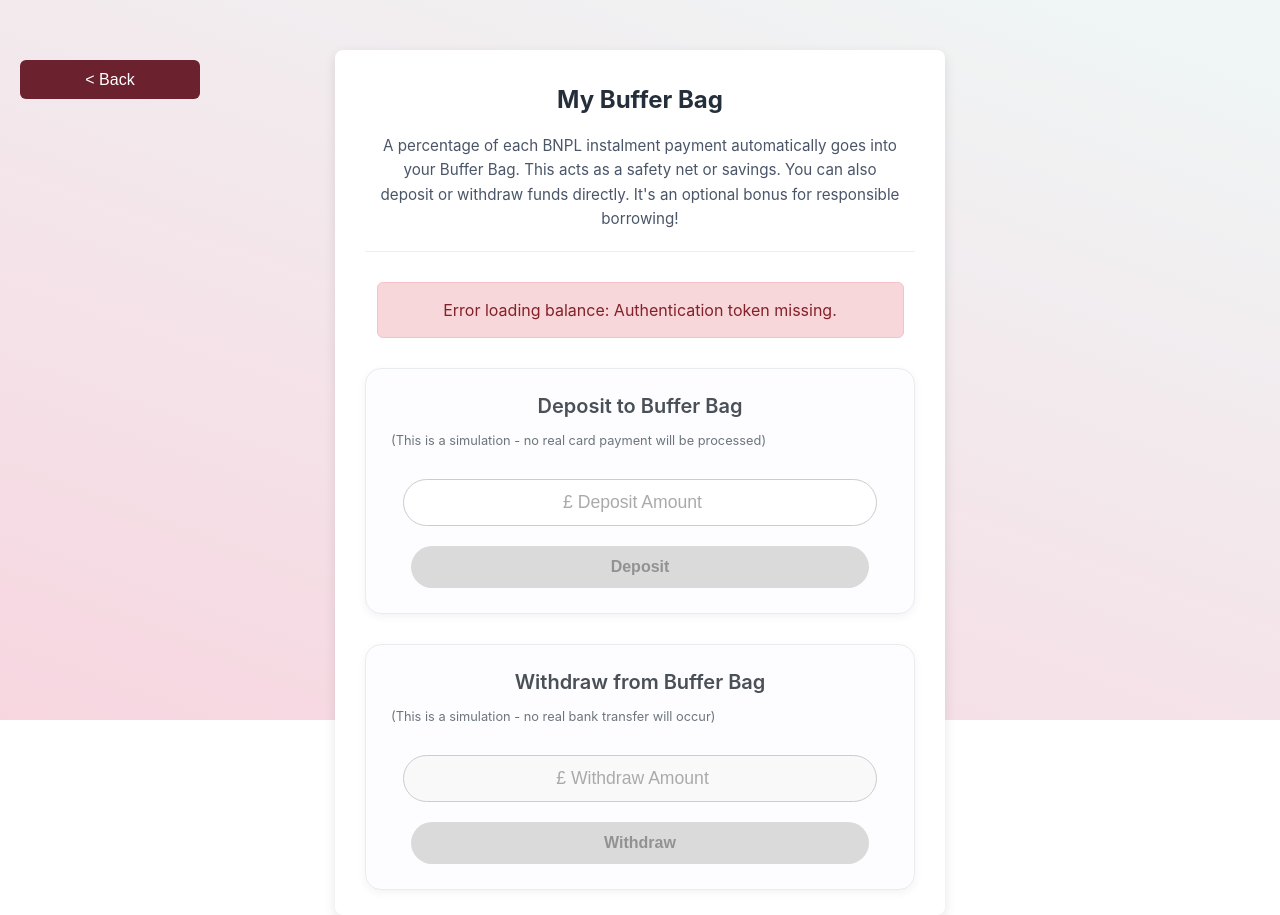
Repository: aab232/https---github.com-aab232-Deferred-Payment-Platform
Page: /buffer-bag (app in frontend/)
The author's editor kept a copy of each file at every save. The page is drawn from the files as they stood at one save, then again after the next save.
The browser window is 1280 px wide. The pictures show the whole page.
The project was rebuilt for these pictures with package versions that can differ from the ones it lists, and the page was loaded fresh each time. Also part of the build but not shown: frontend/src/components/Home.js, frontend/src/components/Register.js, frontend/src/components/Login.js, frontend/src/components/Main.css, frontend/src/components/Main.js, frontend/src/components/Settings.js, frontend/src/components/Privacy.js, frontend/src/components/ContactUs.js and 9 more.

Above is the page before, as saved 2025-05-09 12:25:41.

### frontend/src/components/BufferBag.js
import React, { useState, useEffect, useCallback } from 'react';
import { useNavigate } from 'react-router-dom';
import BackButton from './BackButton';
import './BufferBag.css';

// --- Authenticated Fetch Helper ---
async function authenticatedFetch(url, options = {}) {
    const token = localStorage.getItem('authToken');
    const headers = { 'Content-Type': 'application/json', ...options.headers };
    if (token) {
        headers['Authorization'] = `Bearer ${token}`;
    } else {
        console.warn("Auth token missing for API call to", url);
        return { ok: false, status: 401, json: async () => ({ success: false, message: "Authentication token missing." }) };
    }
    try {
        const apiUrl = process.env.REACT_APP_API_BASE_URL || 'http://localhost:5000';
        const response = await fetch(`${apiUrl}${url}`, { ...options, headers });
        return response;
    } catch (error) {
        console.error(`API Fetch Error for ${url}:`, error);
        // Ensure a fetch-like response for consistent error handling downstream
        return {
            ok: false,
            status: 503, // Service Unavailable or network error
            json: async () => ({ success: false, message: "Network error or server unavailable." }),
            text: async () => ("Network error or server unavailable.") // Add text() for robustness
        };
    }
}
// --- ---------------------------- ---

const BufferBag = () => {
    const [balance, setBalance] = useState(null);
    const [loadingBalance, setLoadingBalance] = useState(true);
    const [fetchError, setFetchError] = useState(null);

    const [depositAmountInput, setDepositAmountInput] = useState('');
    const [withdrawAmountInput, setWithdrawAmountInput] = useState('');
    const [isActionLoading, setIsActionLoading] = useState(false);
    const [actionMessage, setActionMessage] = useState({ type: '', text: '' });

    const navigate = useNavigate();

    const fetchBufferBalance = useCallback(async () => {
        setLoadingBalance(true);
        setFetchError(null);
        console.log("BufferBag.js: fetchBufferBalance START.");
        try {
            console.log("BufferBag.js: Attempting authenticatedFetch for /api/buffer/balance");
            const response = await authenticatedFetch('/api/buffer/balance');
            console.log("BufferBag.js: authenticatedFetch for balance RESPONSE RECEIVED. Status:", response.status, "Ok:", response.ok, "Object:", response);

            if (!response) {
                console.error("BufferBag.js: authenticatedFetch returned undefined or null.");
                throw new Error('Failed to fetch: No response from server.');
            }
            if (typeof response.json !== 'function') {
                 console.error("BufferBag.js: Response object does not have a .json method.", response);
                 const textResponse = await response.text().catch(() => "Could not read response text.");
                 throw new Error(`Invalid response format from server (not JSON). Content: ${textResponse}`);
            }

            console.log("BufferBag.js: Attempting response.json() for balance");
            const data = await response.json();
            console.log("BufferBag.js: Parsed data from balance response:", data);

            if (response.ok && data && data.success && typeof data.balance !== 'undefined') {
                console.log(`BufferBag.js: SUCCESS from API. Setting balance to: '${data.balance}' (type: ${typeof data.balance})`);
                setBalance(data.balance);
            } else {
                const errorMessage = data?.message || `API error: Failed to load buffer balance (Status: ${response.status}, Ok: ${response.ok}, Success: ${data?.success}, Balance defined: ${typeof data?.balance !== 'undefined'})`;
                console.error("BufferBag.js: API error or !response.ok for balance:", errorMessage, "Full data:", data, "Full response:", response);
                throw new Error(errorMessage);
            }
        } catch (err) {
            console.error("BufferBag.js: CATCH block in fetchBufferBalance. Error message:", err.message, "Full error object:", err, "Stack:", err.stack);
            setFetchError(err.message || "An error occurred while fetching balance.");
             if (err.message?.includes("401") || (err.response && err.response.status === 401) || err.status === 401 ) {
                console.log("BufferBag.js: Auth error in fetchBufferBalance, navigating to login.");
                navigate('/login');
            }
        } finally {
            console.log("BufferBag.js: fetchBufferBalance FINALLY. Setting loadingBalance to false.");
            setLoadingBalance(false);
        }
    // --- MODIFIED DEPENDENCY ARRAY HERE ---
    // Removed `loadingBalance` (the state value) from dependencies.
    // State setters (setLoadingBalance, setFetchError, setBalance) and navigate are stable.
    }, [navigate, setLoadingBalance, setFetchError, setBalance]);

    useEffect(() => {
        console.log("BufferBag.js: useEffect initial call to fetchBufferBalance because fetchBufferBalance changed or on mount.");
        fetchBufferBalance();
    }, [fetchBufferBalance]); // This will now only run when fetchBufferBalance definition (useCallback) changes or on mount.

    const handleDepositAmountChange = (e) => {
        const value = e.target.value;
        if (/^\d*\.?\d{0,2}$/.test(value) || value === '') {
            setDepositAmountInput(value);
            setActionMessage({ type: '', text: '' });
        }
    };

    const handleWithdrawAmountChange = (e) => {
        const value = e.target.value;
        if (/^\d*\.?\d{0,2}$/.test(value) || value === '') {
            setWithdrawAmountInput(value);
            setActionMessage({ type: '', text: '' });
        }
    };

    const handleDeposit = async (e) => {
        e.preventDefault();
        const depositAmount = parseFloat(depositAmountInput);
        if (isNaN(depositAmount) || depositAmount <= 0) {
            setActionMessage({ type: 'error', text: 'Please enter a valid amount to deposit.' });
            return;
        }
        console.log("BufferBag.js: handleDeposit - Setting isActionLoading to true.");
        setIsActionLoading(true);
        setActionMessage({ type: '', text: '' });
        try {
            const response = await authenticatedFetch('/api/buffer/deposit', {
                method: 'POST',
                body: JSON.stringify({ amount: depositAmount, payment_method_nonce: "simulated-card-nonce" })
            });
            if (!response || typeof response.json !== 'function') {
                 const textResponse = response ? await response.text().catch(() => "Could not read response text.") : "No response object";
                 throw new Error(`Invalid response from deposit: ${textResponse}`);
            }
            const data = await response.json();
            if (response.ok && data.success) {
                setActionMessage({ type: 'success', text: data.message || "Deposit action processed." });
                setDepositAmountInput('');
                console.log("BufferBag.js: handleDeposit - About to await fetchBufferBalance after successful deposit.");
                await fetchBufferBalance(); // This will re-fetch the balance correctly.
                console.log("BufferBag.js: handleDeposit - fetchBufferBalance completed after deposit.");
            } else {
                throw new Error(data.message || "Deposit failed.");
            }
        } catch (err) {
            console.error("BufferBag.js: CATCH in handleDeposit. Error:", err.message);
            setActionMessage({ type: 'error', text: `Deposit Error: ${err.message}` });
            if (err.response?.status === 401 || err.status === 401 || err.message?.includes("401")) navigate('/login');
        } finally {
            console.log("BufferBag.js: handleDeposit FINALLY, setting isActionLoading to false.");
            setIsActionLoading(false);
        }
    };

    const handleWithdraw = async (e) => {
        e.preventDefault();
        const withdrawAmount = parseFloat(withdrawAmountInput);
        if (isNaN(withdrawAmount) || withdrawAmount <= 0) {
            setActionMessage({ type: 'error', text: 'Please enter a valid amount to withdraw.' });
            return;
        }
        const numericBalance = parseFloat(balance);
        if (balance === null || isNaN(numericBalance) || withdrawAmount > numericBalance) {
            setActionMessage({ type: 'error', text: 'Withdrawal amount exceeds buffer balance or balance is invalid.' });
            return;
        }
        console.log("BufferBag.js: handleWithdraw - Setting isActionLoading to true.");
        setIsActionLoading(true);
        setActionMessage({ type: '', text: '' });
        try {
            const response = await authenticatedFetch('/api/buffer/withdraw', {
                method: 'POST',
                body: JSON.stringify({ amount: withdrawAmount })
            });
            if (!response || typeof response.json !== 'function') {
                const textResponse = response ? await response.text().catch(() => "Could not read response text.") : "No response object";
                throw new Error(`Invalid response from withdraw: ${textResponse}`);
            }
            const data = await response.json();
            if (response.ok && data.success) {
                setActionMessage({ type: 'success', text: data.message || "Withdrawal action processed." });
                setWithdrawAmountInput('');
                console.log("BufferBag.js: handleWithdraw - About to await fetchBufferBalance after successful withdrawal.");
                await fetchBufferBalance(); // This will re-fetch the balance correctly.
                console.log("BufferBag.js: handleWithdraw - fetchBufferBalance completed after withdrawal.");
            } else {
                throw new Error(data.message || "Withdrawal failed.");
            }
        } catch (err) {
            console.error("BufferBag.js: CATCH in handleWithdraw. Error:", err.message);
            setActionMessage({ type: 'error', text: `Withdrawal Error: ${err.message}` });
            if (err.response?.status === 401 || err.status === 401 || err.message?.includes("401")) navigate('/login');
        } finally {
            console.log("BufferBag.js: handleWithdraw FINALLY, setting isActionLoading to false.");
            setIsActionLoading(false);
        }
    };

    const currentNumericBalance = balance !== null ? parseFloat(balance) : null;

    return (
        <div className="container buffer-container">
            <div className="form-card buffer-card">
                <BackButton />
                <h2 style={{ marginTop: '10px', textAlign: 'center' }}>My Buffer Bag</h2>

                <p className="buffer-info">
                    A percentage of each BNPL instalment payment automatically goes into your Buffer Bag.
                    This acts as a safety net or savings. You can also deposit or withdraw funds directly.
                    It's an optional bonus for responsible borrowing!
                </p>

                {console.log("BufferBag.js: RENDERING UI. loadingBalance:", loadingBalance, "fetchError:", fetchError, "balance:", balance)}
                {loadingBalance && <p className="loading-message">Loading your buffer balance...</p>}

                {!loadingBalance && fetchError && (
                    <p className="error-message" style={{ textAlign: 'center' }}>
                        Error loading balance: {fetchError}
                    </p>
                )}

                {!loadingBalance && !fetchError && balance === null && (
                     <p className="info-text" style={{ textAlign: 'center' }}>
                        Buffer balance is not yet available.
                     </p>
                )}

                {!loadingBalance && !fetchError && balance !== null && (
                    <div className="balance-display">
                        Current Buffer Balance:
                        <span className="balance-amount">£{balance}</span>
                    </div>
                )}

                <div className="buffer-actions">
                    <form className="buffer-form" onSubmit={handleDeposit}>
                        <h4>Deposit to Buffer Bag</h4>
                        <p className="info-text">(This is a simulation - no real card payment will be processed)</p>
                        <input
                            type="number"
                            placeholder="£ Deposit Amount"
                            value={depositAmountInput}
                            onChange={handleDepositAmountChange}
                            disabled={isActionLoading}
                            min="0.01" step="0.01"
                            required
                            className='form-input'
                        />
                        <button
                            type="submit"
                            className="btn deposit-button"
                            disabled={isActionLoading || !depositAmountInput || parseFloat(depositAmountInput) <= 0}>
                            {isActionLoading ? 'Processing...' : 'Deposit'}
                        </button>
                    </form>

                    <form className="buffer-form" onSubmit={handleWithdraw}>
                        <h4>Withdraw from Buffer Bag</h4>
                        <p className="info-text">(This is a simulation - no real bank transfer will occur)</p>
                        <input
                            type="number"
                            placeholder="£ Withdraw Amount"
                            value={withdrawAmountInput}
                            onChange={handleWithdrawAmountChange}
                            disabled={ isActionLoading || currentNumericBalance === null || isNaN(currentNumericBalance) || currentNumericBalance <= 0 }
                            min="0.01" step="0.01"
                            max={currentNumericBalance || 0}
                            required
                            className='form-input'
                        />
                        <button
                            type="submit"
                            className="btn withdraw-button"
                            disabled={ isActionLoading || !withdrawAmountInput || parseFloat(withdrawAmountInput) <= 0 || currentNumericBalance === null || isNaN(currentNumericBalance) || currentNumericBalance <= 0 || parseFloat(withdrawAmountInput) > currentNumericBalance }>
                            {isActionLoading ? 'Processing...' : 'Withdraw'}
                        </button>
                    </form>
                </div>

                {actionMessage.text && (
                    <div className={`message ${actionMessage.type}`} style={{ marginTop: '20px', textAlign: 'center' }}>
                        {actionMessage.text}
                    </div>
                )}
            </div>
        </div>
    );
};

export default BufferBag;

### frontend/src/components/Home.css
.container {
    display: flex;
    justify-content: center;
    align-items: center;
    height: 100vh; /* Full viewport height */
    background: linear-gradient(135deg, #252f3b, #252d3b); /* Elegant gradient */
  }

  .card {
    text-align: center;
    background: #fff;
    padding: 40px 60px;
    border-radius: 24px;
    box-shadow: 0 8px 32px rgba(0, 0, 0, 0.2);
    max-width: 350px;
    width: 100%;
  }

  h1 {
    margin-bottom: 16px;
    font-size: 28px;
    color: #252f3b;
  }

  p {
    margin-bottom: 32px;
    font-size: 16px;
    color: #555;
  }

  .button-group {
    display: flex;
    justify-content: space-between;
  }

  .btn {
    padding: 12px 24px;
    font-size: 16px;
    border: none;
    border-radius: 30px; /* Rounded buttons */
    cursor: pointer;
    transition: background 0.3s ease;
    color: white;
    background: #252f3b;
  }

  .btn:hover {
    background: #252f3b; /* Button hover effect */
  }

### frontend/src/components/Form.css
.container {
  display: flex;
  justify-content: center;
  align-items: center;
  height: 100vh;
  background: linear-gradient(200deg, #eff7f6, #F7D6E0);
}

.form-card {
  background: white;
  padding: 40px 60px;
  border-radius: 24px;
  box-shadow: 0 8px 32px rgba(0, 0, 0, 0.2);
  max-width: 400px;
  width: 100%;
  text-align: center;
}

h2 {
  color: #252f3b;
}

input {
  display: block;
  width: 100%;
  margin: 10px 0;
  padding: 12px;
  border: 1px solid #ddd;
  border-radius: 30px;
}

.btn {
  padding: 12px 24px;
  margin-top: 20px;
  border-radius: 30px;
  border: none;
  color: white;
  background: #6b212e;
  cursor: pointer;
}

.btn:hover {
  background: #a41b34;
}

.link {
  color: #6b212e;
  cursor: pointer;
}

### frontend/src/components/Settings.css
.settings-container {
  display: flex;
  flex-direction: column;
  align-items: center;
  padding: 40px 20px;
  background: #f8f9fa;
  min-height: 100vh;
}

h1 {
  color: #343a40;
  margin-bottom: 20px;
}

.menu {
  display: flex;
  gap: 20px;
  margin-bottom: 40px;
}

.menu button {
  padding: 10px 20px;
  border: none;
  border-radius: 8px;
  cursor: pointer;
  transition: background 0.3s ease;
  font-weight: bold;
  background: #6b212e;
  color: white;
}

.menu .danger {
  background: #dc3545;
}

.menu button:hover {
  opacity: 0.8;
}

.dropdown {
  display: flex;
  flex-direction: column;
  gap: 10px;
  margin-top: 20px;
}

.dropdown button {
  padding: 8px 16px;
  border: none;
  border-radius: 8px;
  background: #e8a6ba;
  color: white;
  cursor: pointer;
  transition: background 0.3s ease;
}

.dropdown button:hover {
  background: #df90a8;
}

/* Section Styling */
.section {
  width: 100%;
  max-width: 600px;
  background: white;
  padding: 30px;
  border-radius: 16px;
  box-shadow: 0 8px 24px rgba(0, 0, 0, 0.1);
  margin-top: 20px;
}

h2 {
  color: #495057;
  margin-bottom: 20px;
}

input {
  width: 100%;
  padding: 12px;
  margin-bottom: 15px;
  border: 1px solid #ced4da;
  border-radius: 8px;
  font-size: 14px;
}

button {
  padding: 12px 20px;
  border: none;
  border-radius: 8px;
  cursor: pointer;
  background: #28a745;
  color: white;
  font-weight: bold;
}

button:hover {
  opacity: 0.9;
}

.info {
  margin-top: 20px;
  color: #6c757d;
}

### frontend/src/components/Privacy.css
.container {
    display: flex;
    justify-content: center;
    align-items: center;
    height: 100vh;
    background: linear-gradient(200deg, #eff7f6, #F7D6E0);
  }

  .form-card {
    background: white;
    padding: 40px 60px;
    border-radius: 24px;
    box-shadow: 0 8px 32px rgba(0, 0, 0, 0.2);
    max-width: 400px;
    width: 100%;
  }

  h2 {
    color: #252f3b;
    font-size: 24px;
    margin-bottom: 20px;
  }

  p {
    color: #252f3b;
    font-size: 16px;
    line-height: 1.5;
    margin-bottom: 20px;
    text-align: left;
  }

  .btn {
    padding: 12px 24px;
    margin-top: 20px;
    border-radius: 30px;
    border: none;
    color: white;
    background: #6b212e;
    cursor: pointer;
    width: 100%;
  }

  .btn:hover {
    background: #a41b34;
  }

  .link {
    color: #6b212e;
    cursor: pointer;
    text-decoration: underline;
    display: inline-block;
    margin-top: 10px;
  }

  .link:hover {
    color: #a41b34;
  }

  .privacy-container {
    text-align: left;
    margin-top: 20px;
  }

  .request-data-btn {
    padding: 10px 20px;
    margin-top: 15px;
    background-color: #6b212e;
    color: white;
    border: none;
    border-radius: 30px;
    cursor: pointer;
    font-size: 16px;
    width: 100%;
  }

  .request-data-btn:hover {
    background-color: #a41b34;
  }

### frontend/src/components/BackButton.css
.back-button {
  padding: 6px 12px;
  border-radius: 6px;
  background: #a41b34;
  color: #a41b34;
  font-size: 0.95em;
  font-weight: 500;
  cursor: pointer;
  transition: background 0.2s ease, color 0.2s ease, box-shadow 0.2s ease;
  border: 1px solid #d1d5db;
  line-height: 1.2;
  display: inline-flex;
  align-items: center;


position: absolute;
top: 20px;
left: 20px;
}

.back-button:hover {
  background: #6b200e;
  color: white;
  box-shadow: 0 1px 3px rgba(0, 0, 0, 0.1);
}

.back-button:focus {
    outline: 2px solid #e8a6ba;
    outline-offset: 2px;
}

.back-button:active {
    background-color: #d0d0d0;
}

Loaded but not shown: frontend/public/index.html (common file); frontend/src/index.js (common file); frontend/src/index.css (common file); frontend/src/App.js (41 lines, source omitted); frontend/src/components/BackButton.js (15 lines, source omitted); frontend/src/components/BufferBag.css (188 lines, source omitted); frontend/src/components/SpendingLimit.css (141 lines, source omitted); frontend/src/components/Repayments.css (125 lines, source omitted); frontend/src/components/CreditHistory.css (107 lines, source omitted); frontend/src/components/ContactUs.css (52 lines, source omitted)

After the next save:
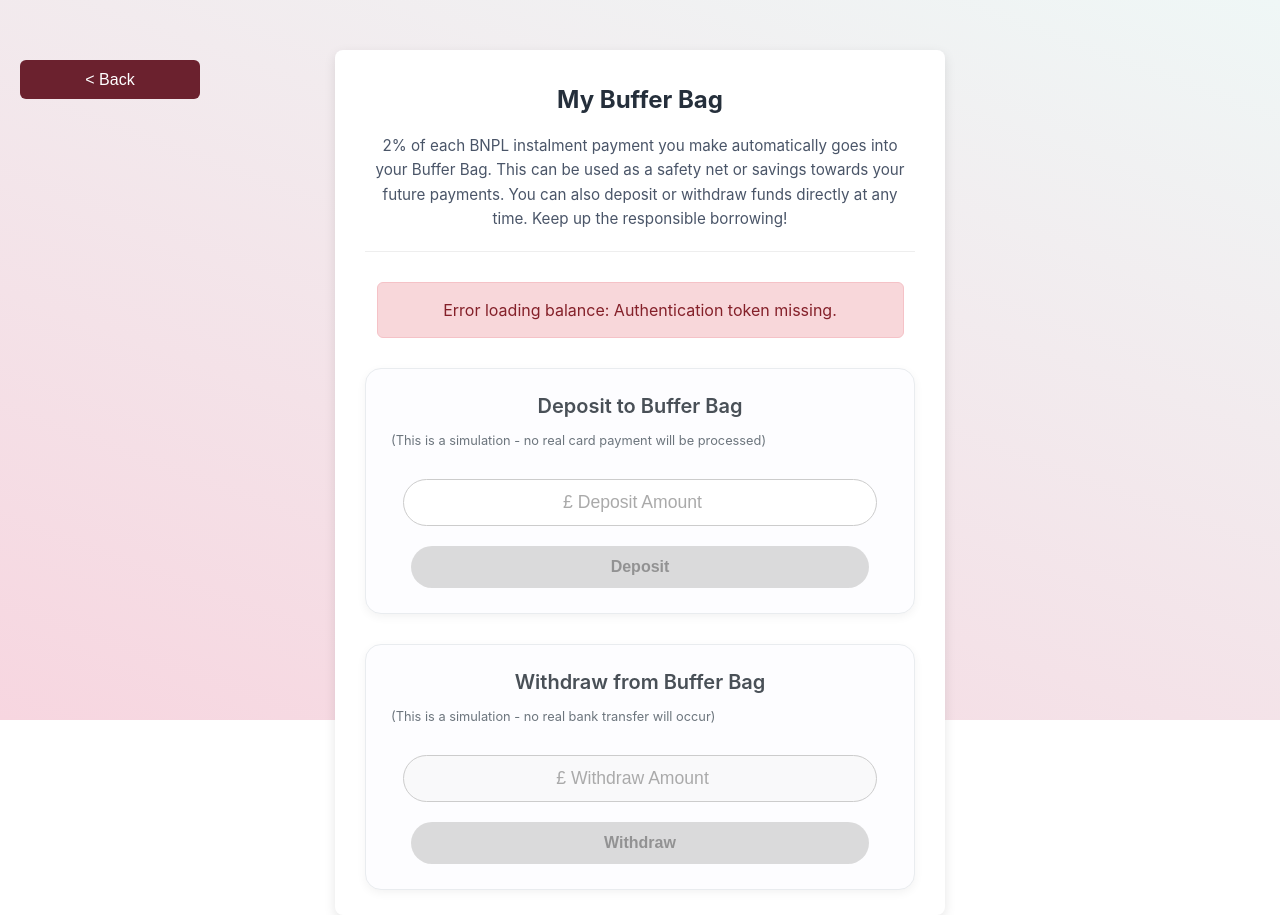
Saved 3 min 17 s later.
--- a/frontend/src/components/BufferBag.js
+++ b/frontend/src/components/BufferBag.js
@@ -202,9 +202,9 @@ const BufferBag = () => {
                 <h2 style={{ marginTop: '10px', textAlign: 'center' }}>My Buffer Bag</h2>
 
                 <p className="buffer-info">
-                    A percentage of each BNPL instalment payment automatically goes into your Buffer Bag.
-                    This acts as a safety net or savings. You can also deposit or withdraw funds directly.
-                    It's an optional bonus for responsible borrowing!
+                    2% of each BNPL instalment payment you make automatically goes into your Buffer Bag.
+                    This can be used as a safety net or savings towards your future payments. You can also deposit or withdraw funds directly at any time.
+                    Keep up the responsible borrowing!
                 </p>
 
                 {console.log("BufferBag.js: RENDERING UI. loadingBalance:", loadingBalance, "fetchError:", fetchError, "balance:", balance)}
